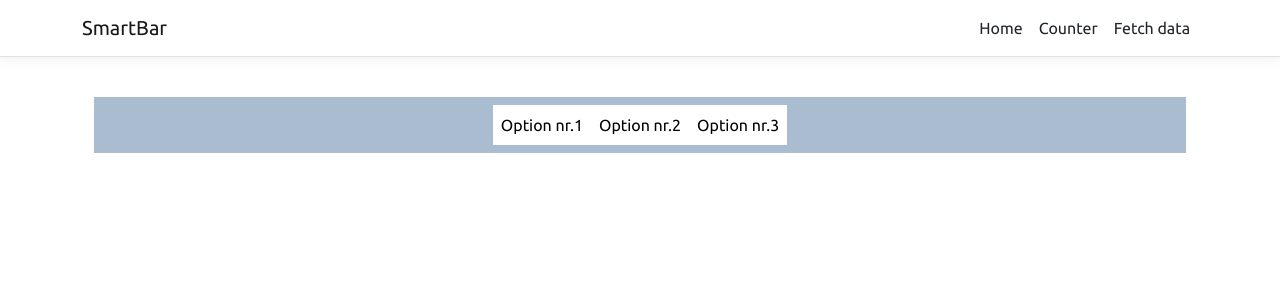
Repository: dropauteriai/SmartBarFrontEnd
Page: /
These files come from the project's save history. The page is drawn as it stood at one moment and after the next save; the edit follows.
The browser window is 1280 px wide. The pictures show the whole page.
The page's requests for data from a server got no answer. The project was rebuilt for these pictures with package versions that can differ from the ones it lists, and the page was loaded fresh each time. No one was signed in, and anything a server would have sent is missing. Also part of the build but not shown: src/components/Counter.js, src/components/FetchData.js, src/components/Card.js, src/components/SideBar.js.

Above is the page before, as saved 2023-02-14 05:48:45.

After the next save:
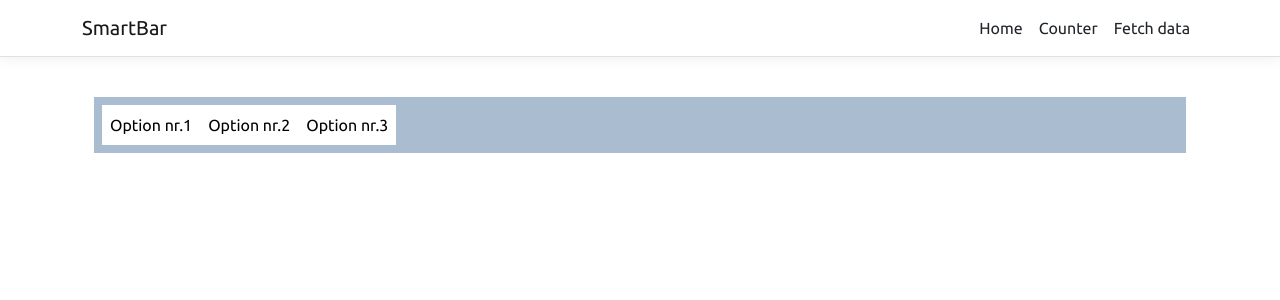
Saved 27 s later.
--- a/src/components/Popup.js
+++ b/src/components/Popup.js
@@ -2,7 +2,7 @@
 
 export default function Popup () {
     return (
-        <div className="d-inline-flex p-2 align-items-center justify-content-center bg-primary">
+        <div className="d-inline-flex p-2 bg-primary">
             <button className="p-2 border-0 align-items-center justify-content-center bg-white">Option nr.1</button>
             <button className="p-2 border-0 align-items-center justify-content-center bg-white">Option nr.2</button>
             <button className="p-2 border-0 align-items-center justify-content-center bg-white">Option nr.3</button>

After the save that followed:
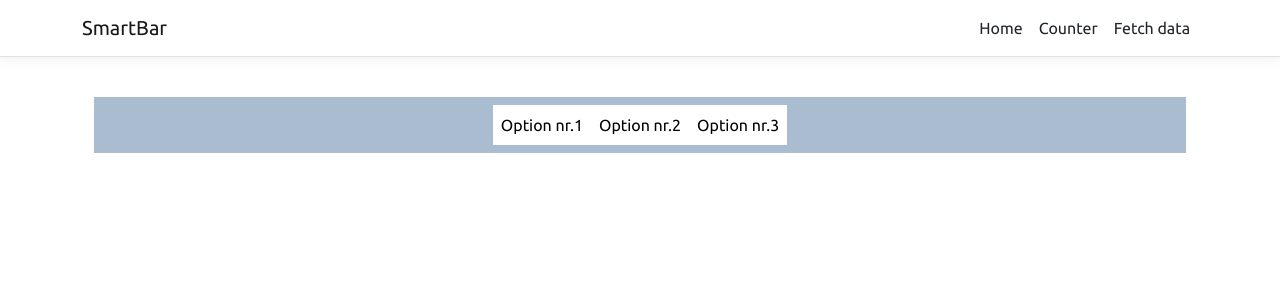
Saved 4 s later.
--- a/src/components/Popup.js
+++ b/src/components/Popup.js
@@ -2,7 +2,7 @@
 
 export default function Popup () {
     return (
-        <div className="d-inline-flex p-2 bg-primary">
+        <div className="d-inline-flex p-2 align-items-center justify-content-center bg-primary">
             <button className="p-2 border-0 align-items-center justify-content-center bg-white">Option nr.1</button>
             <button className="p-2 border-0 align-items-center justify-content-center bg-white">Option nr.2</button>
             <button className="p-2 border-0 align-items-center justify-content-center bg-white">Option nr.3</button>
